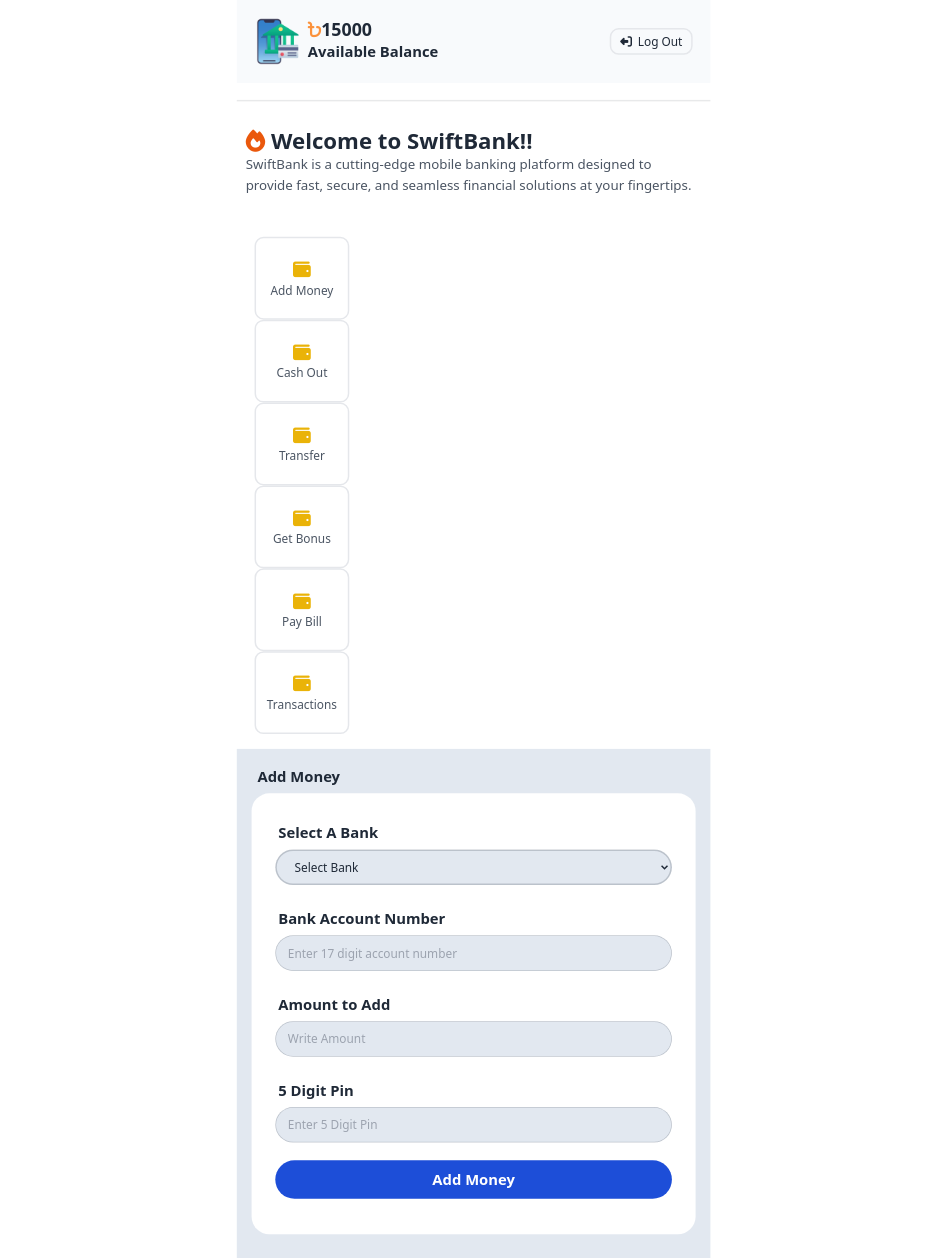
Repository: mukaddam-coder/swift-bank-mobile-banking
Page: home.html
These files come from the project's save history. The page is drawn as it stood at one moment and after the next save; the edit follows.
The browser window is 1280 px wide. The pictures show the whole page, at 74% of full size.
Some web libraries are served in a nearby version.

Above is the page before, as saved 2024-12-16 18:47:50.

After the next save:
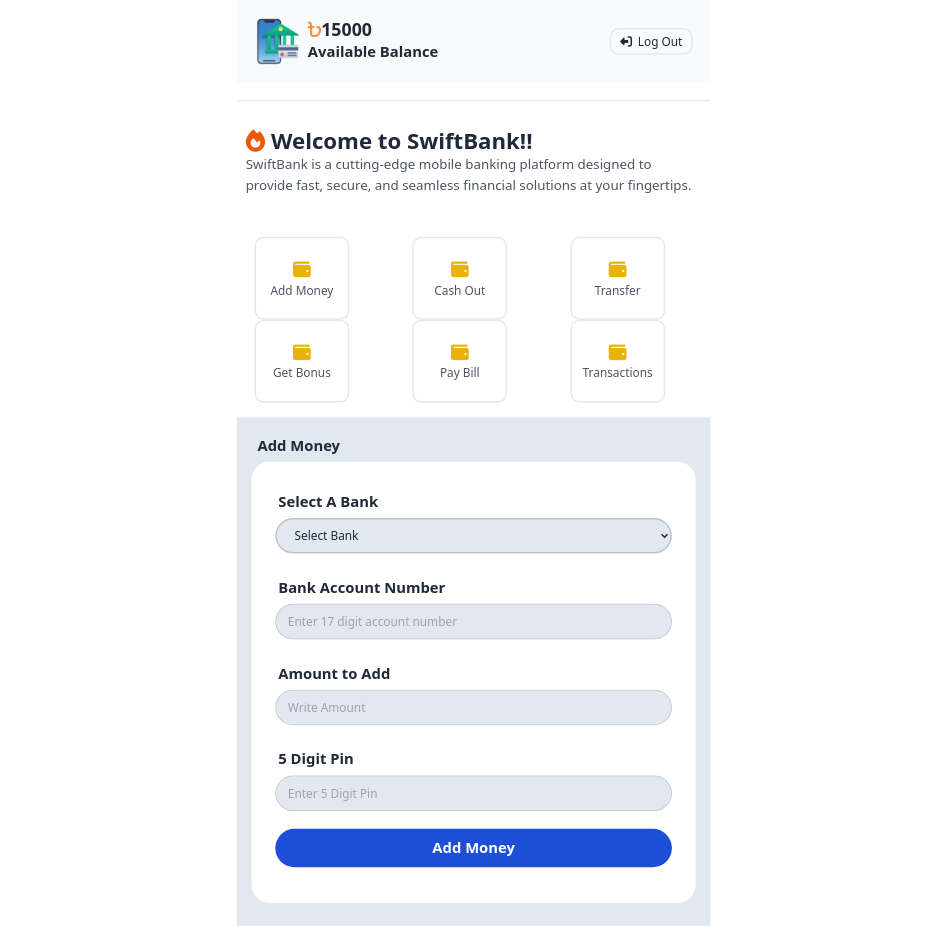
Saved 101 s later.
--- a/home.html
+++ b/home.html
@@ -45,43 +45,45 @@
      <!-- User Actionable Dashboard -->
 
      <section class="w-1/2 mx-auto py-8">
-        <div class="w-32 h-28 ml-3 p-3 grid grid-cols-3 gap-3">
-      <button id="show-add-money-section" class="border-2 w-32 h-28 rounded-xl bg-white text-gray-600">
-      <p><i class="fa-solid fa-wallet text-yellow-500 text-2xl"></i></p>
-      Add Money
-     </button>
-  </div>
-    <div class="w-32 h-28 ml-3 p-3">
-       <button id="show-cash-out-section" class="border-2 w-32 h-28 rounded-xl bg-white text-gray-600">
-        <p><i class="fa-solid fa-wallet text-yellow-500 text-2xl"></i></p>
-          Cash Out
-        </button>
-      </div>
-    <div class="w-32 h-28 ml-3 p-3">
-    <button id="show-money-transfer-section" class="border-2 w-32 h-28 rounded-xl bg-white text-gray-600">
-        <p><i class="fa-solid fa-wallet text-2xl text-yellow-500"></i></p>
-          Transfer
-        </button>
-      </div>
-    <div class="w-32 h-28 ml-3 p-3">
-  <button id="show-get-bonus-section" class="border-2 w-32 h-28 rounded-xl bg-white text-gray-600">
-      <p><i class="fa-solid fa-wallet text-2xl text-yellow-500"></i></p>
-          Get Bonus
-      </button>
-    </div>
-  <div class="w-32 h-28 ml-3 p-3">
-    <button id="show-pay-bill-section" class="border-2 w-32 h-28 rounded-xl bg-white text-gray-600">
-        <p><i class="fa-solid fa-wallet text-2xl text-yellow-500"></i></p>
-                Pay Bill
-      </button>
-    </div>
-  <div class="w-32 h-28 ml-3 p-3">
-    <button id="show-transaction-history" class="border-2 w-32 h-28 rounded-xl bg-white text-gray-600">
-        <p><i class="fa-solid fa-wallet text-2xl text-yellow-500"></i></p>
-                Transactions
-        </button>
-      </div>
-
+        <div class="grid grid-cols-3">
+          <div class="w-32 h-28 ml-3 p-3">
+            <button id="show-add-money-section" class="border-2 w-32 h-28 rounded-xl bg-white text-gray-600">
+            <p><i class="fa-solid fa-wallet text-yellow-500 text-2xl"></i></p>
+            Add Money
+           </button>
+        </div>
+          <div class="w-32 h-28 ml-3 p-3">
+             <button id="show-cash-out-section" class="border-2 w-32 h-28 rounded-xl bg-white text-gray-600">
+              <p><i class="fa-solid fa-wallet text-yellow-500 text-2xl"></i></p>
+                Cash Out
+              </button>
+            </div>
+          <div class="w-32 h-28 ml-3 p-3">
+          <button id="show-money-transfer-section" class="border-2 w-32 h-28 rounded-xl bg-white text-gray-600">
+              <p><i class="fa-solid fa-wallet text-2xl text-yellow-500"></i></p>
+                Transfer
+              </button>
+            </div>
+          <div class="w-32 h-28 ml-3 p-3">
+        <button id="show-get-bonus-section" class="border-2 w-32 h-28 rounded-xl bg-white text-gray-600">
+            <p><i class="fa-solid fa-wallet text-2xl text-yellow-500"></i></p>
+                Get Bonus
+            </button>
+          </div>
+        <div class="w-32 h-28 ml-3 p-3">
+          <button id="show-pay-bill-section" class="border-2 w-32 h-28 rounded-xl bg-white text-gray-600">
+              <p><i class="fa-solid fa-wallet text-2xl text-yellow-500"></i></p>
+                      Pay Bill
+            </button>
+          </div>
+        <div class="w-32 h-28 ml-3 p-3">
+          <button id="show-transaction-history" class="border-2 w-32 h-28 rounded-xl bg-white text-gray-600">
+              <p><i class="fa-solid fa-wallet text-2xl text-yellow-500"></i></p>
+                      Transactions
+              </button>
+            </div>
+
+        </div>
       </section>
       <!-- Add Money Section Start -->
       <section id ="add-money-section" class="w-1/2 mx-auto px-5 py-4 bg-slate-200">
